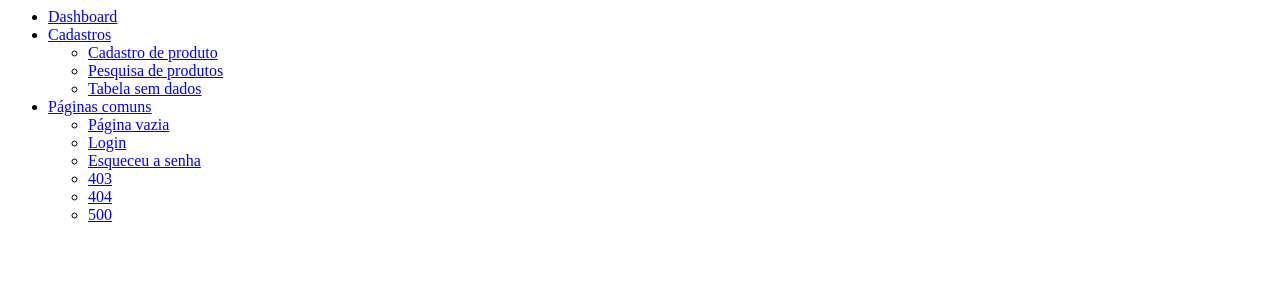
Repository: dumuller/spring-expert
Page: http://localhost/layout/fragments/MenuLateral
The author's editor kept a copy of each file at every save. The page is drawn from the files as they stood at one save, then again after the next save.
The browser window is 1280 px wide. The pictures show the whole page.
The page is this project's Thymeleaf template; nobody is signed in. The template is opened directly, without the code that normally fills it, so the values that code supplies are empty.

Above is the page before, as saved 2018-12-10 18:28:36.

After the next save:
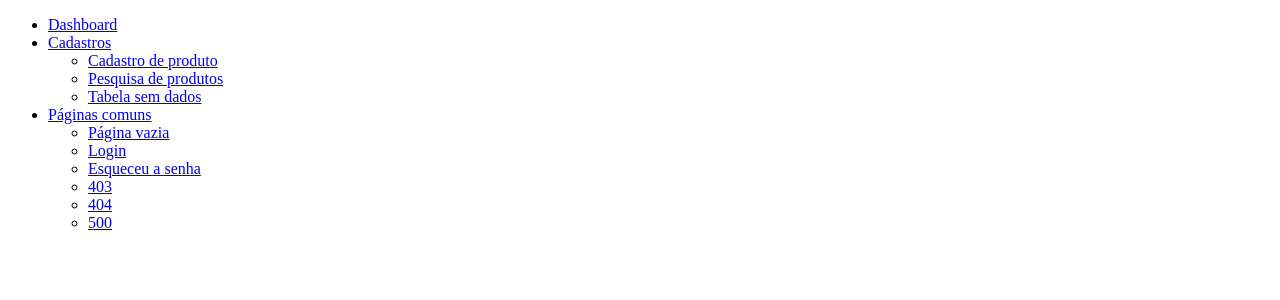
Saved 20 s later.
--- a/brewer/src/main/resources/templates/layout/fragments/MenuLateral.html
+++ b/brewer/src/main/resources/templates/layout/fragments/MenuLateral.html
@@ -1,3 +1,8 @@
+<!DOCTYPE html>
+<html lang="pt"xmlns="http://www.w3.org/1999/xhtml "
+	           xmlns:th="http://www.thymeleaf.org">
+<head></head>
+<body>
 <aside class="aw-layout-sidebar  js-sidebar">
 		<div class="aw-layout-sidebar__content">
 
@@ -42,3 +47,5 @@
 
 		</div>
 </aside>
+</body>
+</html>
